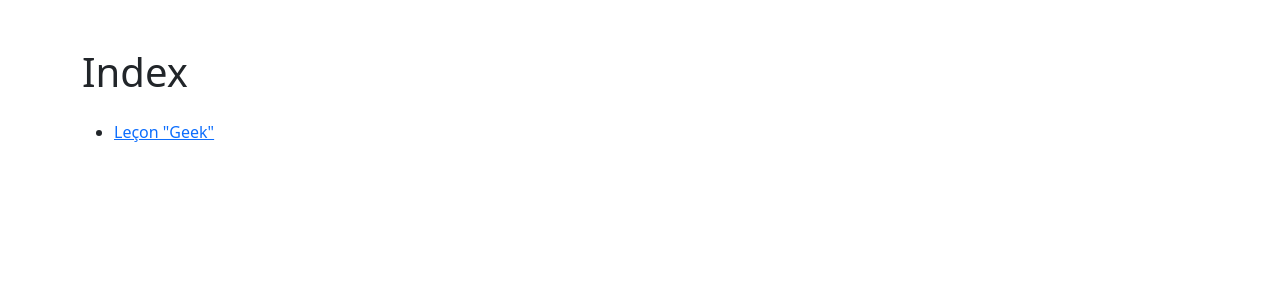
Repository: phbord/THP-js-DOM-eventlistener-API
Page: index.html
These files come from the project's save history. The page is drawn as it stood at one moment and after the next save; the edit follows.
The browser window is 1280 px wide. The pictures show the whole page.

Above is the page before, as saved 2021-07-21 11:32:24.

### index.html
<!DOCTYPE HTML>
<html lang="fr">
    <head>
        <title></title>
        <meta charset="utf-8">
        <link href="https://cdn.jsdelivr.net/npm/bootstrap@5.0.2/dist/css/bootstrap.min.css"
                rel="stylesheet"
                integrity="sha384-EVSTQN3/azprG1Anm3QDgpJLIm9Nao0Yz1ztcQTwFspd3yD65VohhpuuCOmLASjC"
                crossorigin="anonymous">
    </head>
    <body>
        <div class="container mt-5">
            <h1>Index</h1>
            <ul class="mt-4">
                <li>
                    <a href="./geek.html">Leçon "Geek"</a>
                </li>
            </ul>
        </div>
    </body>
</html>

After the next save:
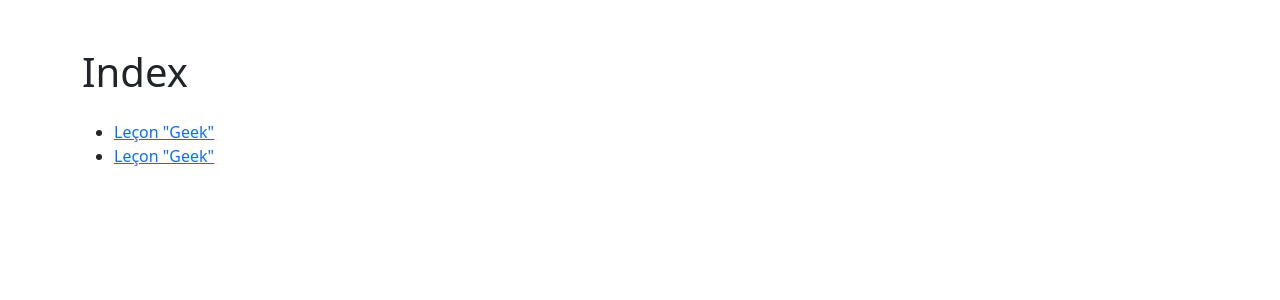
Saved 7 s later.
--- a/index.html
+++ b/index.html
@@ -15,6 +15,9 @@
                 <li>
                     <a href="./geek.html">Leçon "Geek"</a>
                 </li>
+                <li>
+                    <a href="./geek.html">Leçon "Geek"</a>
+                </li>
             </ul>
         </div>
     </body>
